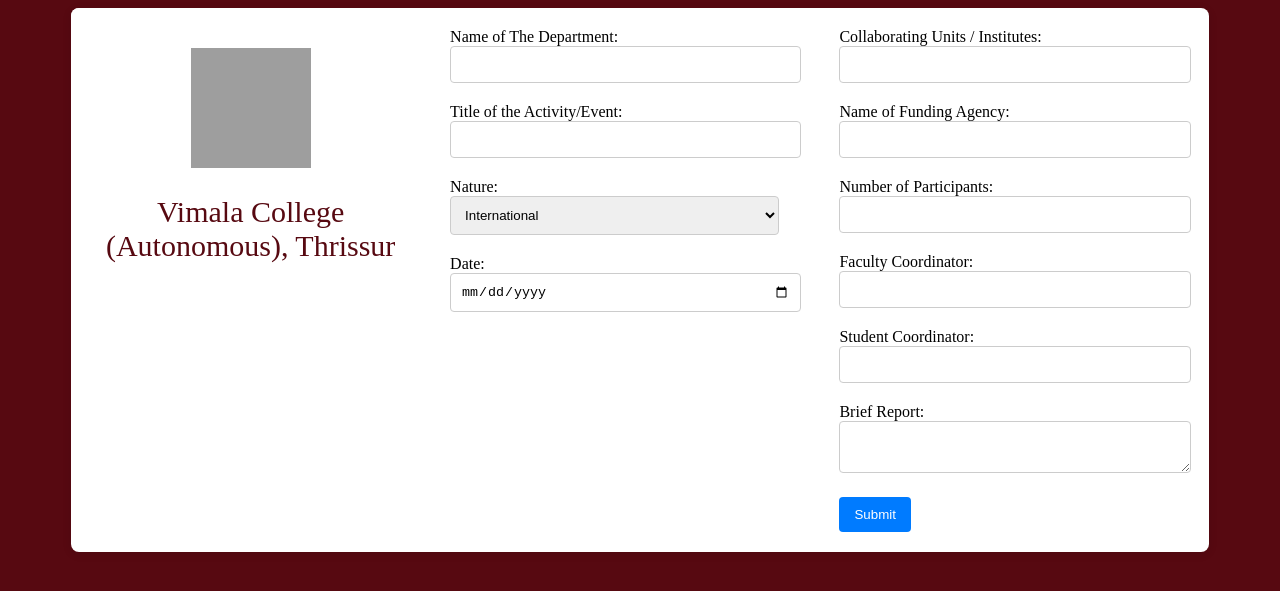
Repository: Rammjay/vimala-activity-report
Page: vim/report/reports/templates/1.html
The author's editor kept a copy of each file at every save. The page is drawn from the files as they stood at one save, then again after the next save.
The browser window is 1280 px wide. The pictures show the whole page.
Pictures or frames that could not be fetched are drawn as grey boxes.

Above is the page before, as saved 2024-09-22 14:21:12.

After the next save:
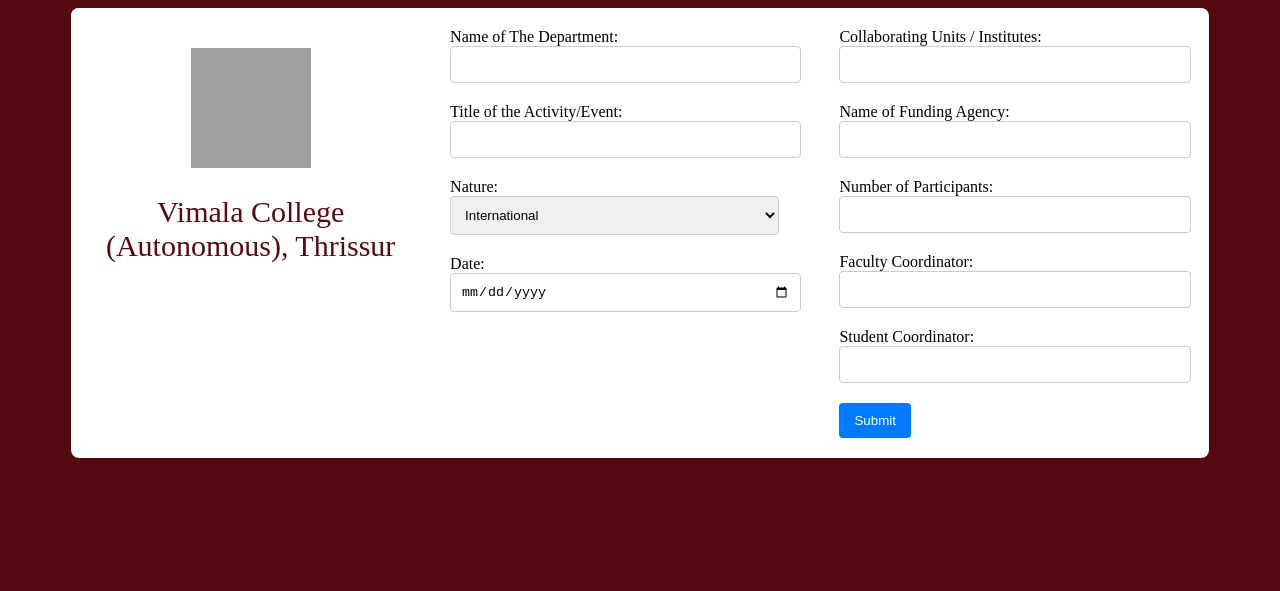
Saved 22 s later.
--- a/vim/report/reports/templates/1.html
+++ b/vim/report/reports/templates/1.html
@@ -127,8 +127,7 @@
                     <label for="sco">Student Coordinator:</label>
                     <input type="text" id="sco" name="sco" maxlength="25" required>
 
-                    <label for="br">Brief Report:</label>
-                    <textarea id="br" name="br" maxlength="500" required></textarea>
+
 
                     <button type="submit">Submit</button>
                 </form>
